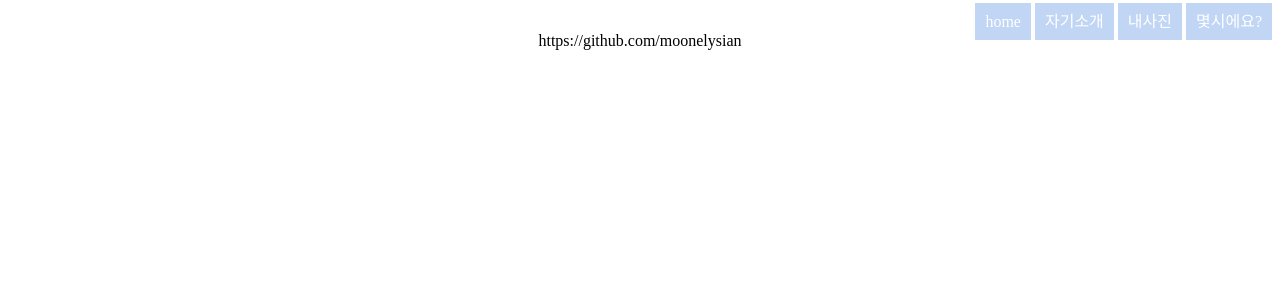
Repository: moonelysian/edwith-
Page: BE_PJT1-1/WebContent/index.html
An editor plug-in stored every save of this project. The page is shown before and after the next save, followed by the edit.
The browser window is 1280 px wide. The pictures show the whole page.

Above is the page before, as saved 2019-08-07 05:10:01.

After the next save:
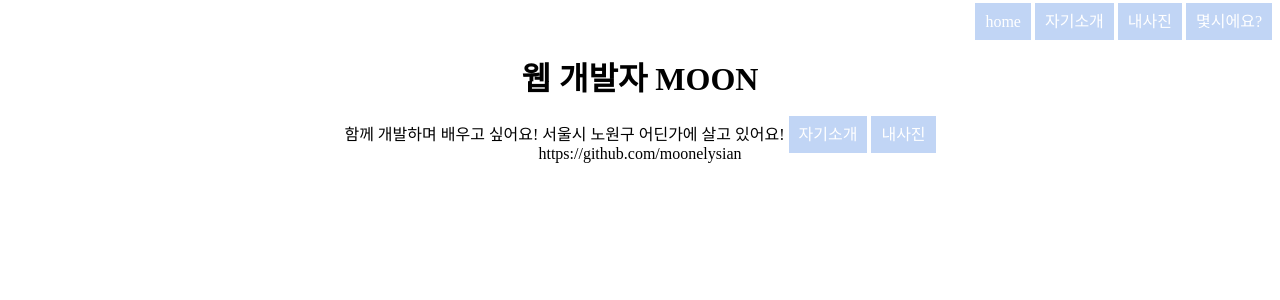
Saved 3 min 26 s later.
--- a/BE_PJT1-1/WebContent/index.html
+++ b/BE_PJT1-1/WebContent/index.html
@@ -5,13 +5,20 @@
 		<title>ABOUT ME</title>
 		<link rel="stylesheet" type="text/css" href="style.css" />
 	</head>
+
+	<nav>
+		<a href="index.html">home</a>
+		<a href="aboutme.html">자기소개</a>
+		<a href="picture.html">내사진</a>
+		<a>몇시에요?</a>
+	</nav>
+
 	<body>
-		<nav>
-			<a href="index.html">home</a>
-			<a href="aboutme.html">자기소개</a>
-			<a href="picture.html">내사진</a>
-			<a>몇시에요?</a>
-		</nav>
+		<h1>웹 개발자 MOON</h1>
+		함께 개발하며 배우고 싶어요!
+		서울시 노원구 어딘가에 살고 있어요!
+		<a href="aboutme.html">자기소개</a>
+		<a href="picture.html">내사진</a>
 
 	</body>
 	<footer>
